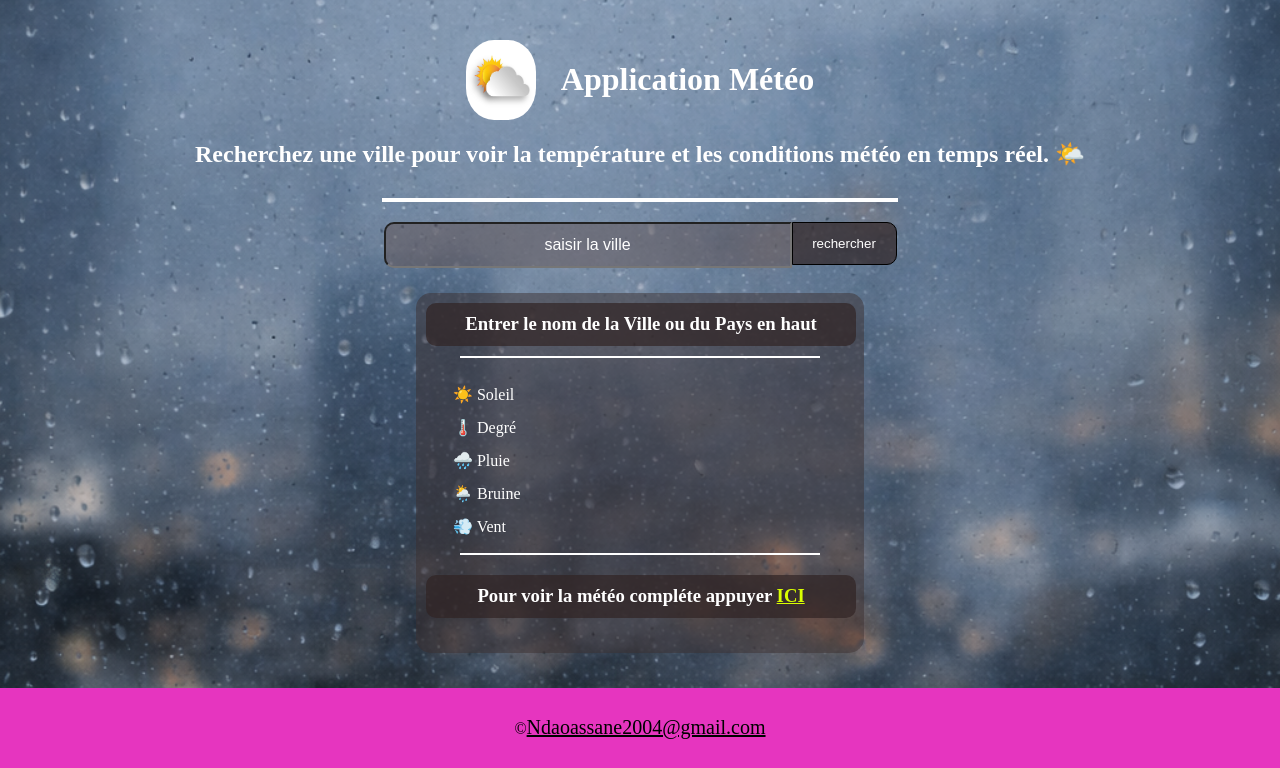
Repository: assanendao171/meteo
Page: index.html
An editor plug-in stored every save of this project. The page is shown before and after the next save, followed by the edit.
The browser window is 1280 px wide. The pictures show the whole page.

Above is the page before, as saved 2026-03-16 13:39:49.

After the next save:
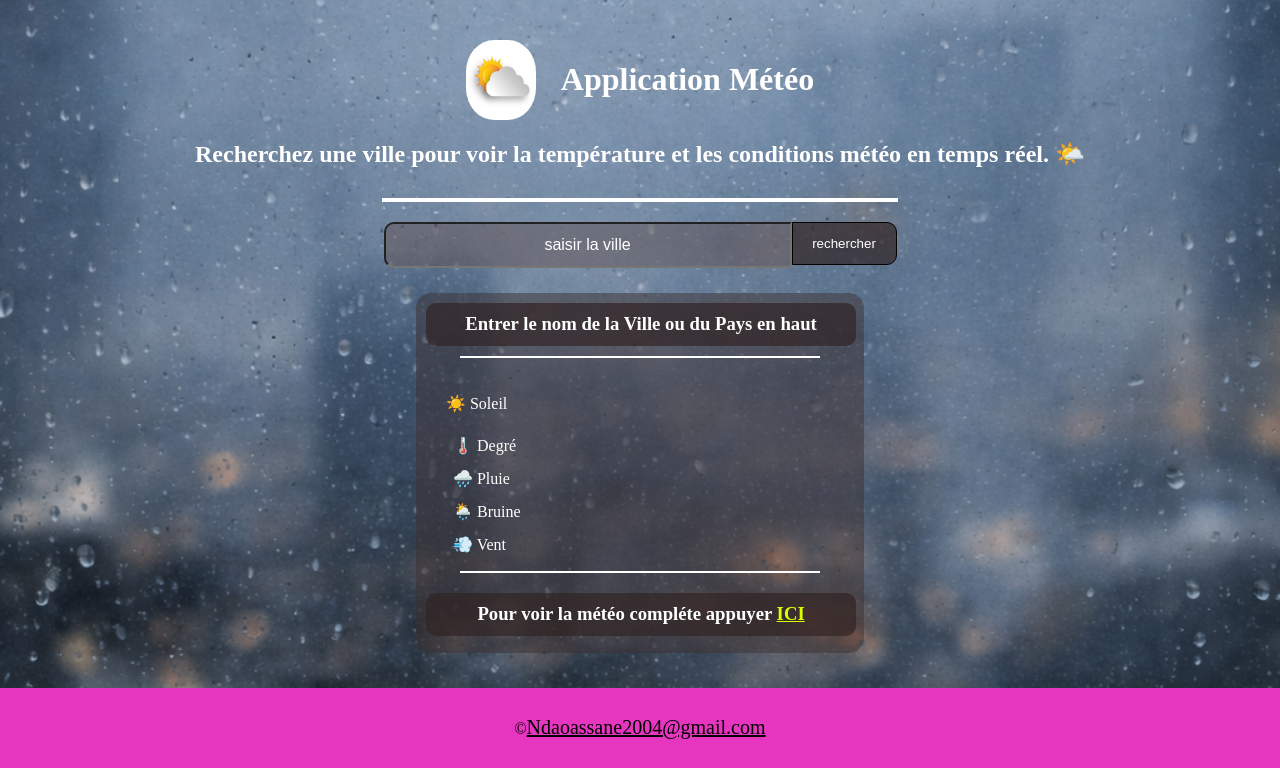
Saved 57 s later.
--- a/index.html
+++ b/index.html
@@ -25,7 +25,7 @@
         </div>
         <hr id="hr">
         <div id="stat">
-        <p id="emoji">☀️ Soleil</p>
+        <p id="Soleil">☀️ Soleil</p>
         <p id="emoji">🌡️ Degré</p >
         <p id="emoji">🌧️ Pluie</p >
         <p id="emoji">🌦️ Bruine</p >
